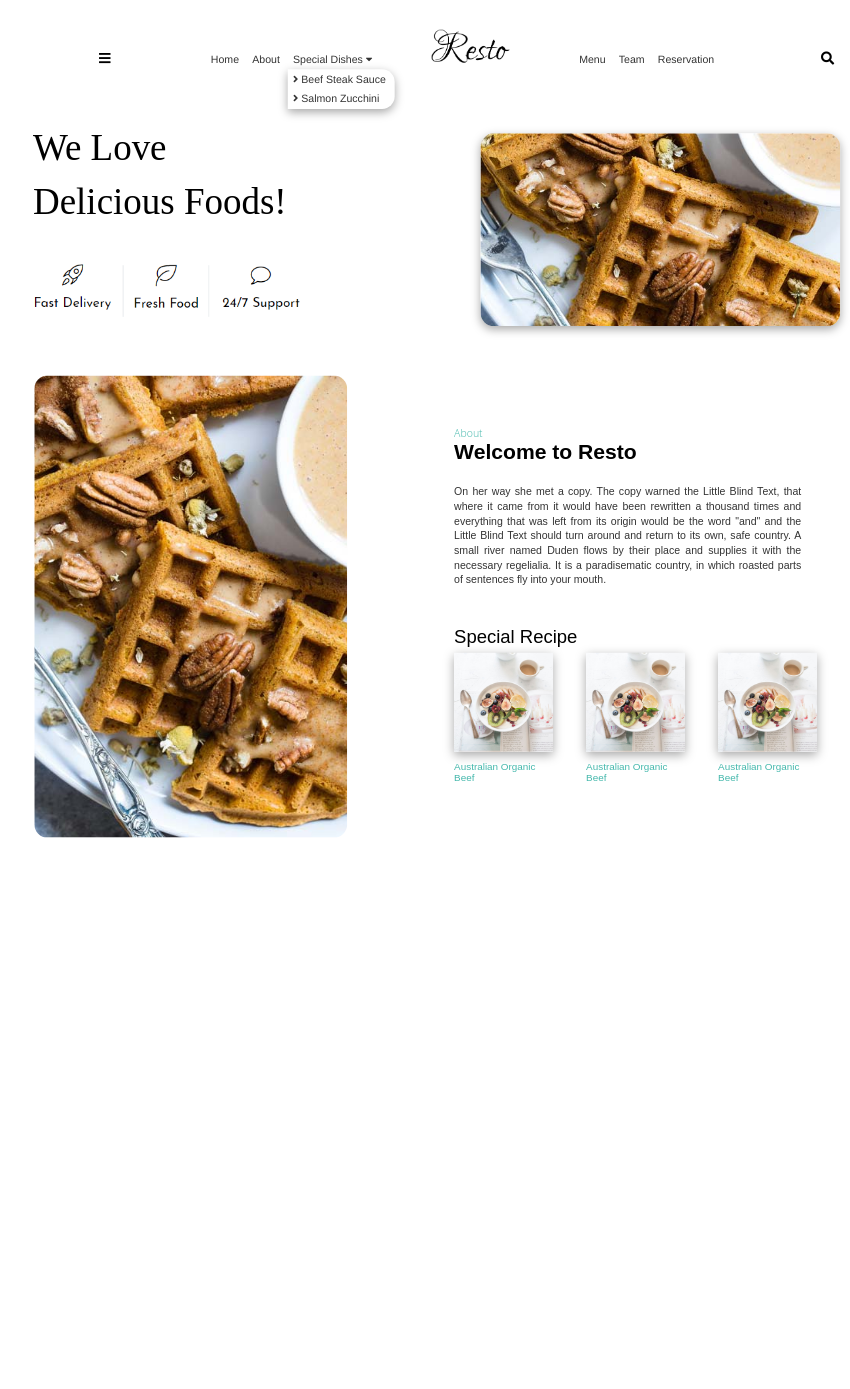
Repository: nguyenanhtuanHDU/myrestaurant
Page: index.html
An editor plug-in stored every save of this project. The page is shown before and after the next save, followed by the edit.
The browser window is 1280 px wide. The page is 1288 px wide, so the pictures cover 1288 px, including what lies to the right of the window. The pictures show the whole page, at 66% of full size.

Above is the page before, as saved 2022-02-07 09:01:30.

After the next save:
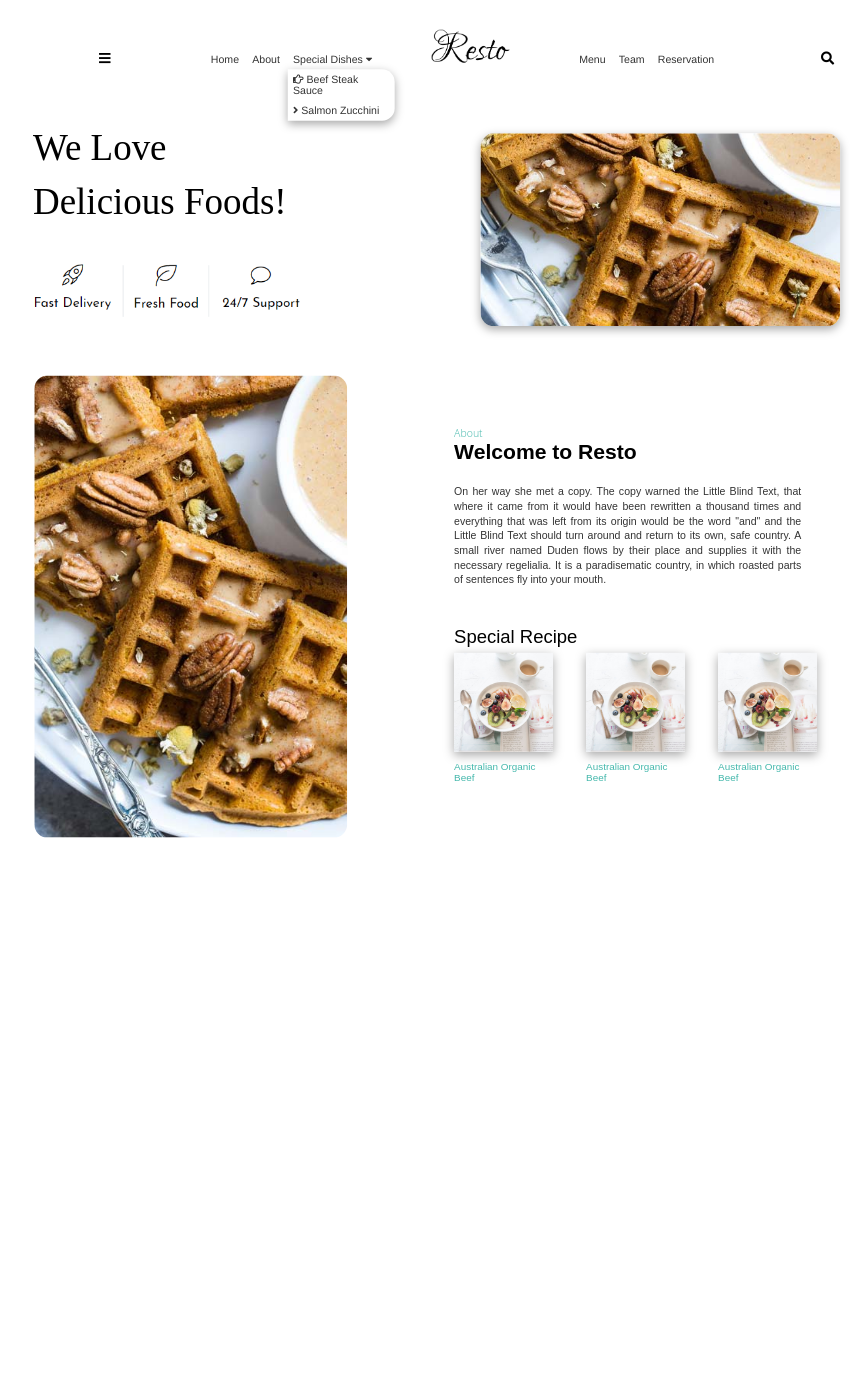
Saved 2 min 55 s later.
--- a/index.html
+++ b/index.html
@@ -27,8 +27,7 @@
                 </a>
                 <ul class="subnav_1">
                     <li><a href="">
-                        <i class="fas fa-angle-right"></i>
-                        Beef Steak Sauce
+                        <i class="far fa-hand-point-right"></i>                        Beef Steak Sauce
                     </a></li>
                     <li><a href="">
                         <i class="fas fa-angle-right"></i>
